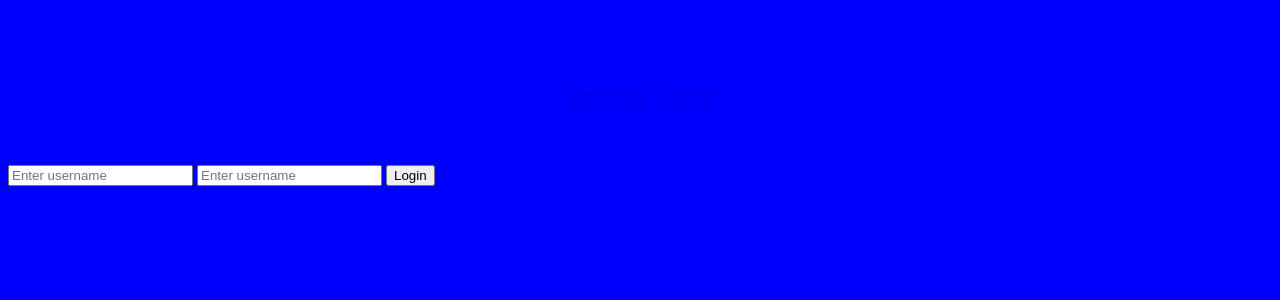
Repository: Alphavhiskey/Java
Page: eclipse-workspace/bookApplication/src/main/webapp/register.html
An editor plug-in stored every save of this project. The page is shown before and after the next save, followed by the edit.
The browser window is 1280 px wide. The pictures show the whole page.

Above is the page before, as saved 2023-01-19 02:14:38.

After the next save:
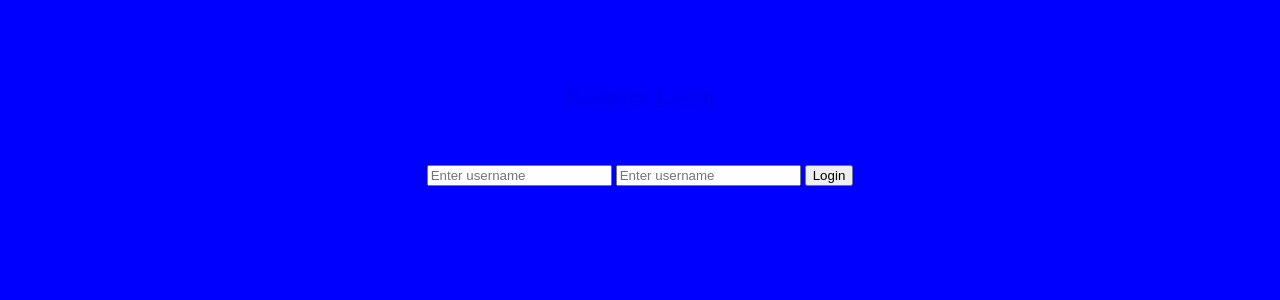
Saved 13 h 0 min later.
--- a/eclipse-workspace/bookApplication/src/main/webapp/register.html
+++ b/eclipse-workspace/bookApplication/src/main/webapp/register.html
@@ -10,7 +10,7 @@
 <a href="register.html">Register</a>
 <a href="login.html">Login</a></h2>
 <br><br>
-<form action="./select" method="get">
+<form action="./select" method="get" align="center">
 <input type="text" name="username" placeholder="Enter username">
 <input type="password" name="password" placeholder="Enter username">
 
